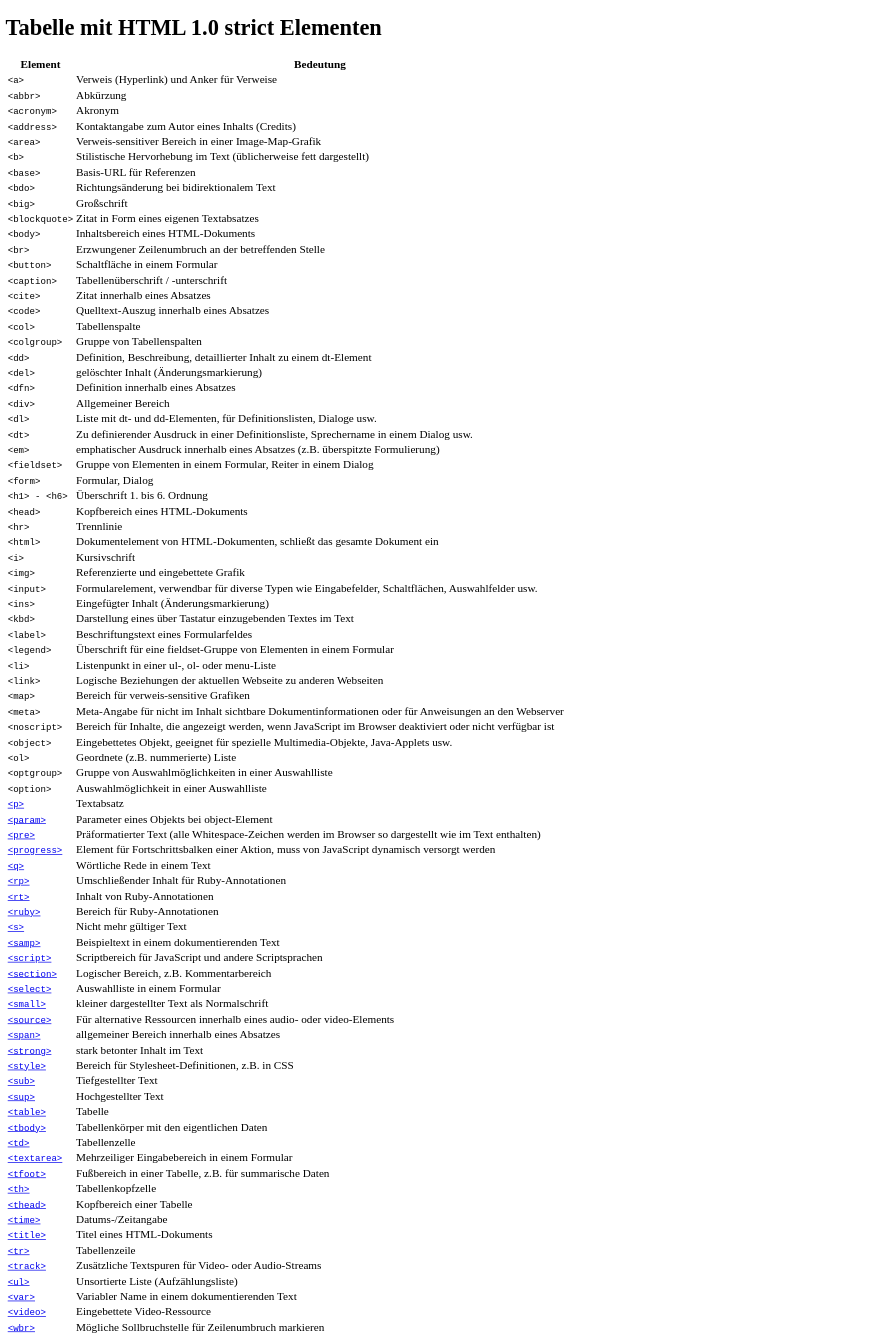
Repository: pLurchi/MyWebengineeringRepo
Page: RemoteSystemsTempFiles/HA-Kapitel06/WebContent/index.html
These files come from the project's save history. The page is drawn as it stood at one moment and after the next save; the edit follows.
The browser window is 1280 px wide. The pictures show the whole page, at 70% of full size.

Above is the page before, as saved 2013-11-28 17:12:10.

After the next save:
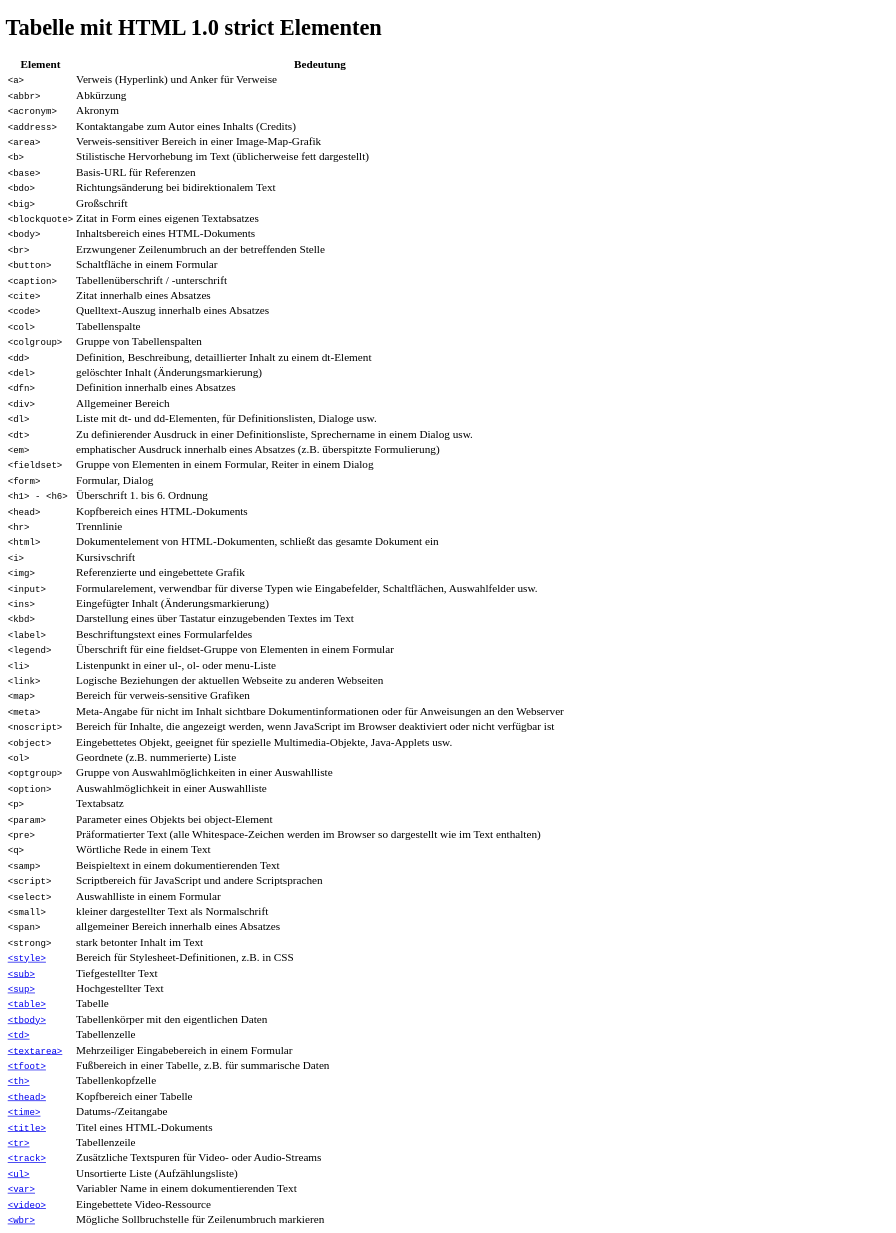
Saved 3 min 43 s later.
--- a/RemoteSystemsTempFiles/HA-Kapitel06/WebContent/index.html
+++ b/RemoteSystemsTempFiles/HA-Kapitel06/WebContent/index.html
@@ -203,75 +203,46 @@
 			<td><tt>&lt;option&gt;</tt></td>
 			<td>Auswahlmöglichkeit in einer Auswahlliste</td>
 		</tr>
-
-<tr>
-<td><tt><a href="/html-handbuch:html-elementreferenz-p">&lt;p&gt;</a></tt></td>
-<td>Textabsatz</td>
-</tr>
-<tr>
-<td><tt><a href="/html-handbuch:html-elementreferenz-param">&lt;param&gt;</a></tt></td>
-<td>Parameter eines Objekts bei object-Element</td>
-</tr>
-<tr>
-<td><tt><a href="/html-handbuch:html-elementreferenz-pre">&lt;pre&gt;</a></tt></td>
-<td>Präformatierter Text (alle Whitespace-Zeichen werden im Browser so dargestellt wie im Text enthalten)</td>
-</tr>
-<tr>
-<td><tt><a href="/html-handbuch:html-elementreferenz-progress">&lt;progress&gt;</a></tt></td>
-<td>Element für Fortschrittsbalken einer Aktion, muss von JavaScript dynamisch versorgt werden</td>
-</tr>
-<tr>
-<td><tt><a href="/html-handbuch:html-elementreferenz-q">&lt;q&gt;</a></tt></td>
-<td>Wörtliche Rede in einem Text</td>
-</tr>
-<tr>
-<td><tt><a href="/html-handbuch:html-elementreferenz-rp">&lt;rp&gt;</a></tt></td>
-<td>Umschließender Inhalt für Ruby-Annotationen</td>
-</tr>
-<tr>
-<td><tt><a href="/html-handbuch:html-elementreferenz-rt">&lt;rt&gt;</a></tt></td>
-<td>Inhalt von Ruby-Annotationen</td>
-</tr>
-<tr>
-<td><tt><a href="/html-handbuch:html-elementreferenz-ruby">&lt;ruby&gt;</a></tt></td>
-<td>Bereich für Ruby-Annotationen</td>
-</tr>
-<tr>
-<td><tt><a class="newpage" href="/html-handbuch:html-elementreferenz-s">&lt;s&gt;</a></tt></td>
-<td>Nicht mehr gültiger Text</td>
-</tr>
-<tr>
-<td><tt><a href="/html-handbuch:html-elementreferenz-samp">&lt;samp&gt;</a></tt></td>
-<td>Beispieltext in einem dokumentierenden Text</td>
-</tr>
-<tr>
-<td><tt><a href="/html-handbuch:html-elementreferenz-script">&lt;script&gt;</a></tt></td>
-<td>Scriptbereich für JavaScript und andere Scriptsprachen</td>
-</tr>
-<tr>
-<td><tt><a href="/html-handbuch:html-elementreferenz-section">&lt;section&gt;</a></tt></td>
-<td>Logischer Bereich, z.B. Kommentarbereich</td>
-</tr>
-<tr>
-<td><tt><a href="/html-handbuch:html-elementreferenz-select">&lt;select&gt;</a></tt></td>
-<td>Auswahlliste in einem Formular</td>
-</tr>
-<tr>
-<td><tt><a href="/html-handbuch:html-elementreferenz-small">&lt;small&gt;</a></tt></td>
-<td>kleiner dargestellter Text als Normalschrift</td>
-</tr>
-<tr>
-<td><tt><a href="/html-handbuch:html-elementreferenz-source">&lt;source&gt;</a></tt></td>
-<td>Für alternative Ressourcen innerhalb eines audio- oder video-Elements</td>
-</tr>
-<tr>
-<td><tt><a href="/html-handbuch:html-elementreferenz-span">&lt;span&gt;</a></tt></td>
-<td>allgemeiner Bereich innerhalb eines Absatzes</td>
-</tr>
-<tr>
-<td><tt><a href="/html-handbuch:html-elementreferenz-strong">&lt;strong&gt;</a></tt></td>
-<td>stark betonter Inhalt im Text</td>
-</tr>
+		<tr>
+			<td><tt>&lt;p&gt;</tt></td>
+			<td>Textabsatz</td>
+		</tr>
+		<tr>
+			<td><tt>&lt;param&gt;</tt></td>
+			<td>Parameter eines Objekts bei object-Element</td>
+		</tr>
+		<tr>
+			<td><tt>&lt;pre&gt;</tt></td>
+			<td>Präformatierter Text (alle Whitespace-Zeichen werden im Browser so dargestellt wie im Text enthalten)</td>
+		</tr>
+		<tr>
+			<td><tt>&lt;q&gt;</tt></td>
+			<td>Wörtliche Rede in einem Text</td>
+		</tr>
+		<tr>
+			<td><tt>&lt;samp&gt;</tt></td>
+			<td>Beispieltext in einem dokumentierenden Text</td>
+		</tr>
+		<tr>
+			<td><tt>&lt;script&gt;</tt></td>
+			<td>Scriptbereich für JavaScript und andere Scriptsprachen</td>
+		</tr>
+		<tr>
+			<td><tt>&lt;select&gt;</tt></td>
+			<td>Auswahlliste in einem Formular</td>
+		</tr>
+		<tr>
+			<td><tt>&lt;small&gt;</tt></td>
+			<td>kleiner dargestellter Text als Normalschrift</td>
+		</tr>
+		<tr>
+			<td><tt>&lt;span&gt;</tt></td>
+			<td>allgemeiner Bereich innerhalb eines Absatzes</td>
+		</tr>
+		<tr>
+			<td><tt>&lt;strong&gt;</tt></td>
+			<td>stark betonter Inhalt im Text</td>
+		</tr>
 <tr>
 <td><tt><a href="/html-handbuch:html-elementreferenz-style">&lt;style&gt;</a></tt></td>
 <td>Bereich für Stylesheet-Definitionen, z.B. in CSS</td>
